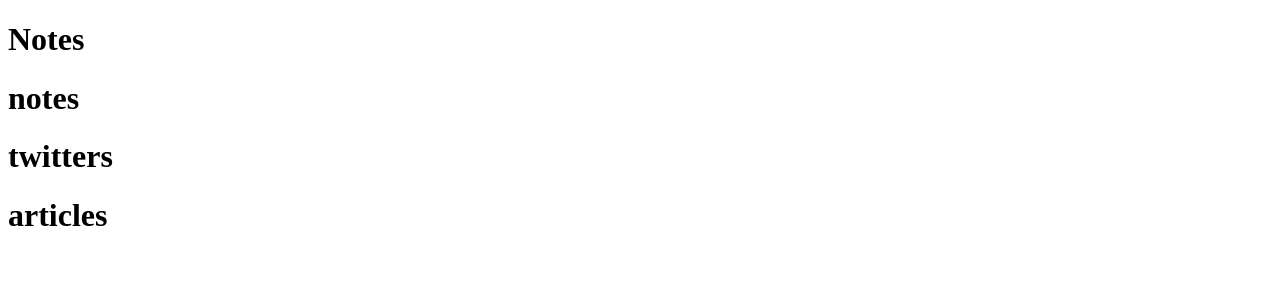
Repository: K009/entertainment-you-need
Page: /twitters
These files come from the project's save history. The page is drawn as it stood at one moment and after the next save; the edit follows.
The browser window is 1280 px wide. The pictures show the whole page.
The project was rebuilt for these pictures with package versions that can differ from the ones it lists, and the page was loaded fresh each time. A package was used in the major version that the imports need, not the one package.json lists. Also part of the build but not shown: src/views/Articles.js.

Above is the page before, as saved 2020-06-27 14:59:21.

After the next save:
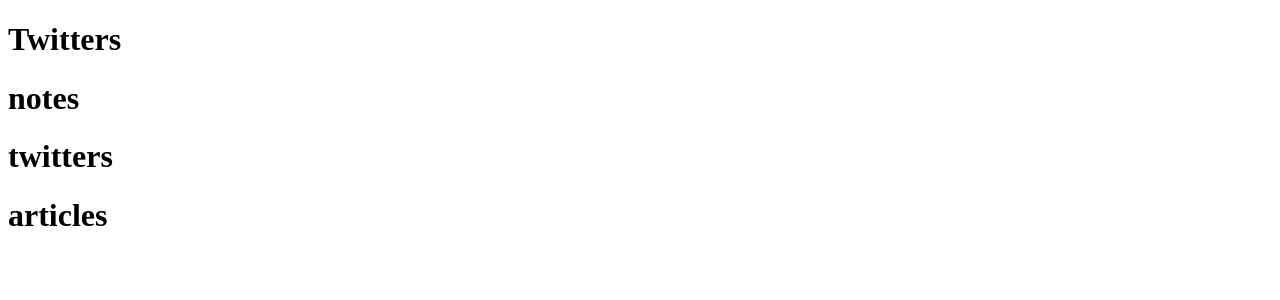
Saved 14 s later.
--- a/src/views/Root.js
+++ b/src/views/Root.js
@@ -10,8 +10,8 @@
     <BrowserRouter>
       <Switch>
         <Route exact path="/" component={Notes} />
-        <Route exact path="/articles" component={Notes} />
-        <Route exact path="/twitters" component={Notes} />
+        <Route exact path="/articles" component={Articles} />
+        <Route exact path="/twitters" component={Twitters} />
       </Switch>
       <h1>notes</h1>
       <h1>twitters</h1>
